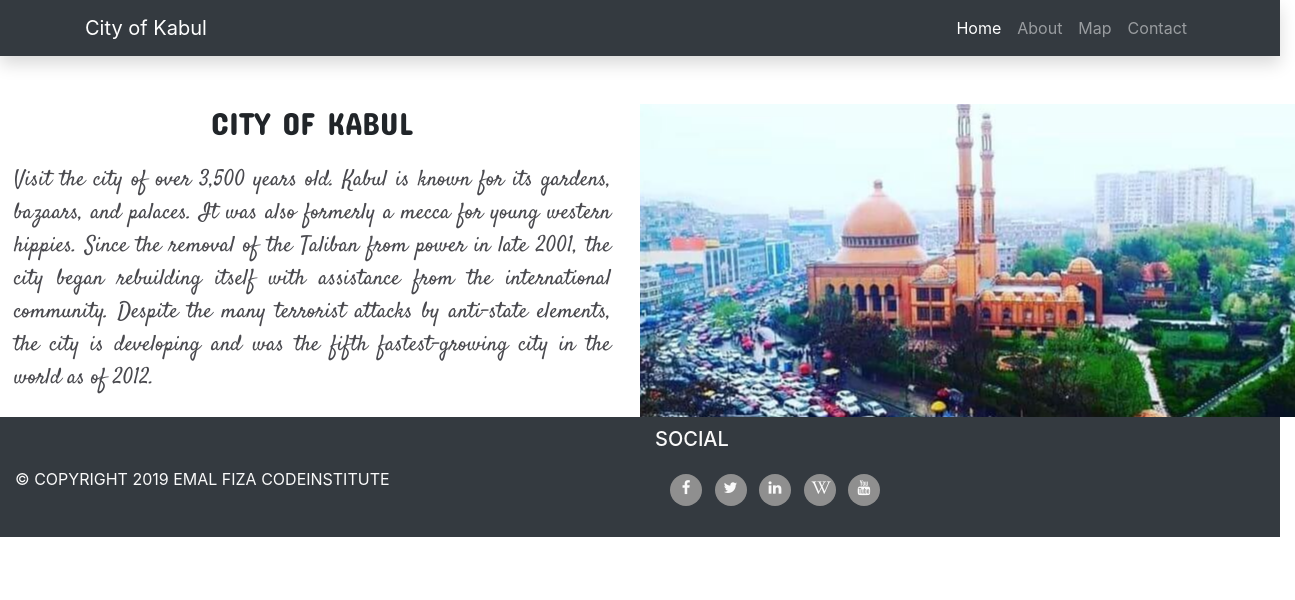
Repository: emalfiza/project-kabul
Page: about.html
The author's editor kept a record of every edit. The page is drawn from the files as they stood at one moment, then again after the next edit.
The browser window is 1280 px wide. The page is 1295 px wide, so the pictures cover 1295 px, including what lies to the right of the window. The pictures show the whole page.

Above is the page before.

After the next edit:
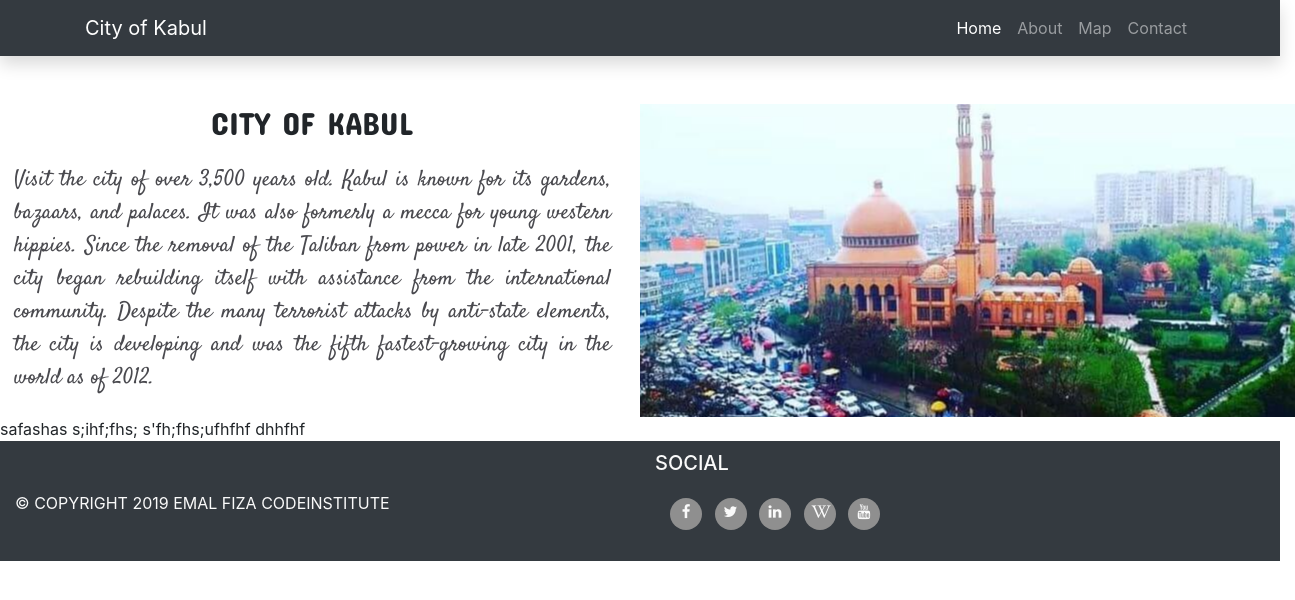
The edit:
--- a/about.html
+++ b/about.html
@@ -60,6 +60,11 @@
       </div>
     </div>
   </section>
+  safashas
+  s;ihf;fhs;
+  s'fh;fhs;ufhfhf
+  dhhfhf
+
   <section>
 
   </section>
